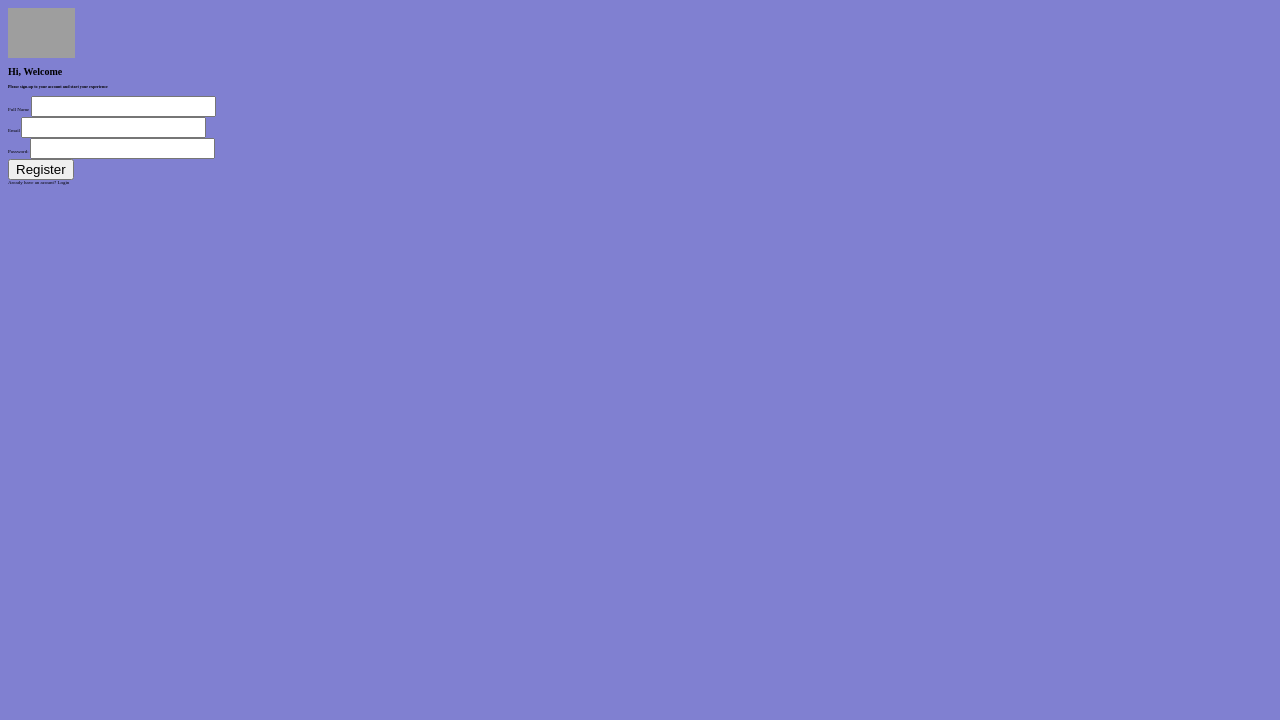
Repository: KingBoyMaylow/movie-task
Page: index.html
These files come from the project's save history. The page is drawn as it stood at one moment and after the next save; the edit follows.
The browser window is 1280 px wide. The pictures show the whole page.
Pictures or frames that could not be fetched are drawn as grey boxes.

Above is the page before, as saved 2024-05-18 17:04:28.

After the next save:
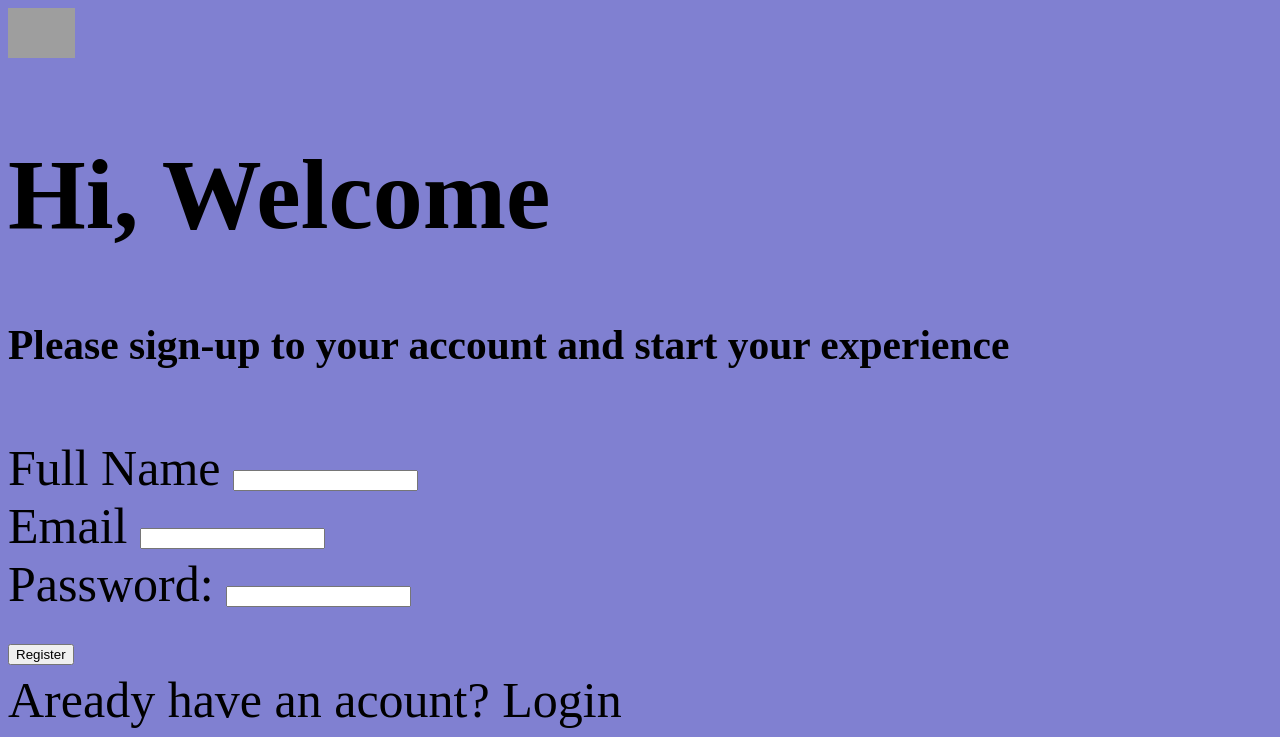
Saved 10 s later.
--- a/html.css
+++ b/html.css
@@ -2,7 +2,7 @@ body{
     background-color:  rgb(128, 128, 209);
 }
 .sign-up-div{
-    font-size: 5px;
+    font-size: 50px;
 }
 img{
     height: 50px;
